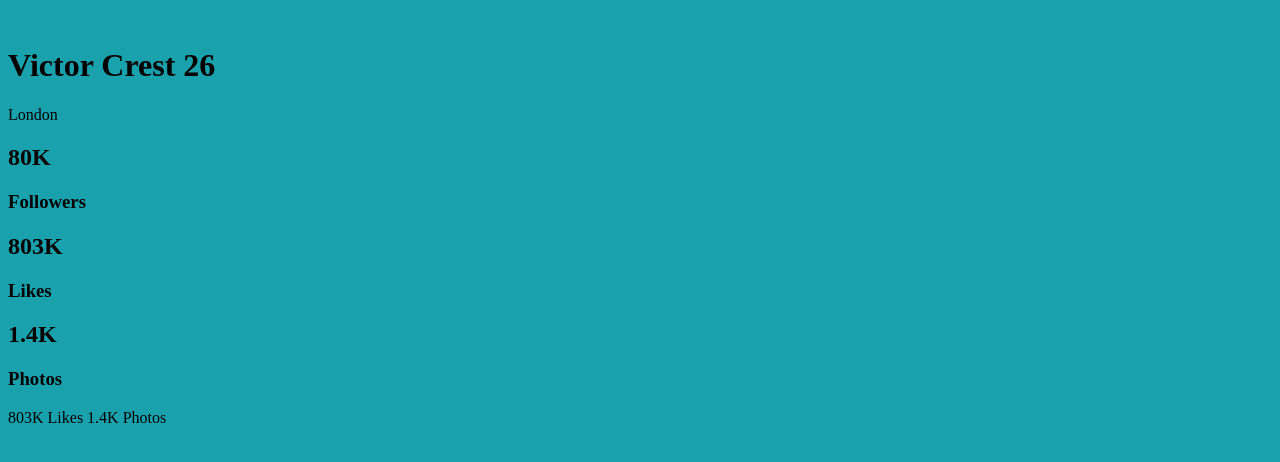
Repository: shayanabedi98/profile-card-component
Page: index.html
An editor plug-in stored every save of this project. The page is shown before and after the next save, followed by the edit.
The browser window is 1280 px wide. The pictures show the whole page.

Above is the page before, as saved 2023-09-27 11:55:09.

After the next save:
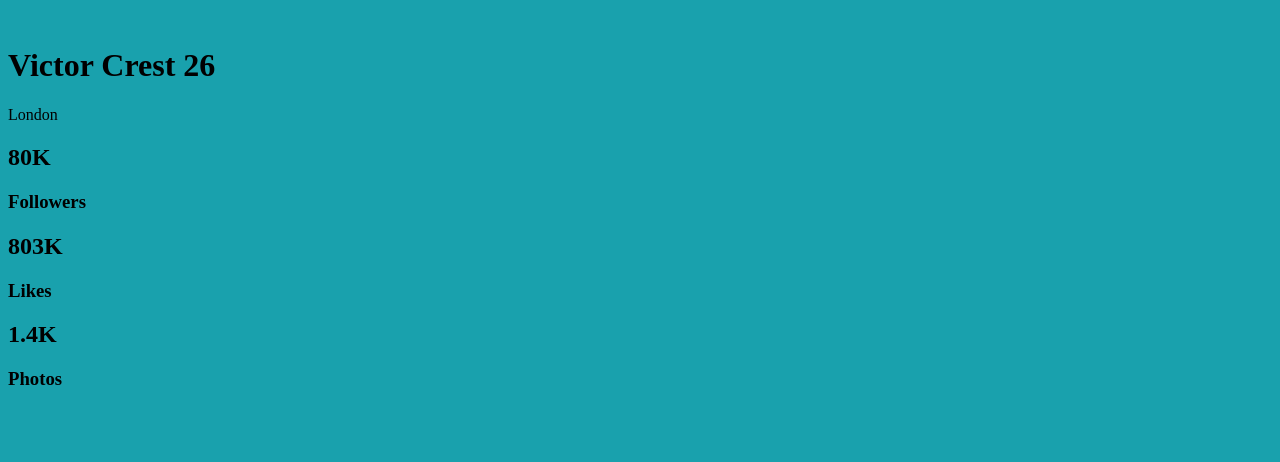
Saved 60 s later.
--- a/index.html
+++ b/index.html
@@ -9,7 +9,6 @@
 
 </head>
 <body>
-
   <div class="grid-container">
     <div class="card">
       <div class="banner">
@@ -35,14 +34,5 @@
       </div>
     </div>
   </div>
-
-
-  803K
-  Likes
-
-  1.4K
-  Photos
-  <div class="attribution">
-  </div>
 </body>
 </html>
